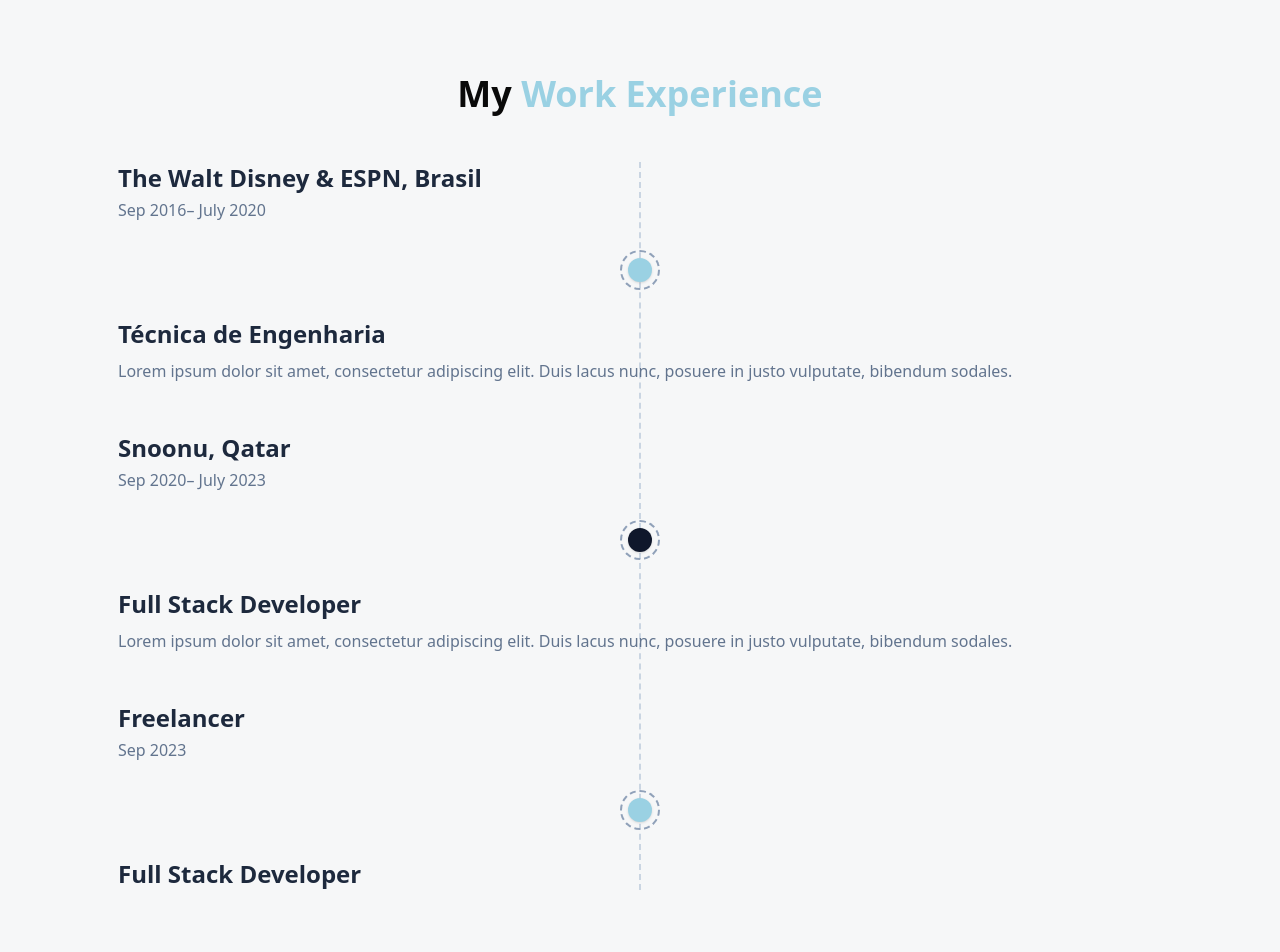
Repository: nina-rebello/portfolio
Page: /
These files come from the project's save history. The page is drawn as it stood at one moment and after the next save; the edit follows.
The browser window is 1280 px wide. The pictures show the part of the page from y = 2111 to 3063 px (the page is 3081 px tall before and 3181 px after).
The project was rebuilt for these pictures with package versions that can differ from the ones it lists, and the page was loaded fresh each time. Some packages were replaced by stand-ins written for this rebuild. The framework's server and built-in components were replaced by stand-ins that run in the browser. Also part of the build but not shown: next.config.ts.

Above is the page before, as saved 2025-09-11 18:44:36.

### app/page.tsx
// app/page.tsx
import Header from "@/components/header/Header";
import AboutMe from "@/components/sections/About";
import Hero from "@/components/sections/Hero";
import Projects from "@/components/sections/Projects";
import Services from "@/components/sections/Services";
import WorkExperience from "@/components/sections/WorkExperience";

export default function HomePage() {
  return (
    <>
      <Header />
      <main>
        <Hero />
        <AboutMe />
        <Services />
        <Projects />
        <WorkExperience />
      </main>
    </>
  );
}

### app/globals.css
@import "tailwindcss";
/* app/(styles)/header.css */
:root{
  --bg:#f6f7f8;           /* fundo clarinho do mock */
  --ink:#0a0a0a;          /* texto principal */
  --muted:#4b5563;        /* texto secundário */
  --pill:#ffffff;         /* fundo do header/cta pill */
  --brand:#9ad1e3;        /* azul do “Nina” e estrelas */
}

html,body{background:var(--bg); color:var(--ink);}

/* helpers */
.container-hero{max-width:1100px; margin-inline:auto; padding-inline:clamp(16px,3vw,28px);}
.glass{
  background:var(--pill);
  border:1px solid rgba(0,0,0,.08);
  box-shadow:0 6px 24px rgba(0,0,0,.08);
}
.btn-pill{
  border-radius:9999px; padding:10px 18px; font-weight:600;
  background:#111; color:#fff; border:1px solid rgba(255,255,255,.1);
  transition:transform .15s ease, box-shadow .15s ease, opacity .2s ease;
}
.btn-pill:hover{ transform:translateY(-1px); box-shadow:0 8px 24px rgba(0,0,0,.18);}
.nav-link{ padding:10px 14px; border-radius:12px; font-weight:600; }
.nav-link:hover{ background:rgba(0,0,0,.04); }

.no-scrollbar::-webkit-scrollbar{ display:none; }
.no-scrollbar{ -ms-overflow-style:none; scrollbar-width:none; }

### components/header/Header.tsx
"use client";

import Link from "next/link";
import { useState, useEffect } from "react";
import { Menu, X } from "lucide-react";

const NAV = [
  { label: "About", href: "#about" },
  { label: "Services", href: "#services" },
  { label: "Projects", href: "#projects" },
  { label: "Contact", href: "#contact" },
];

export default function Header() {
  const [open, setOpen] = useState(false);

  // fecha o menu ao navegar/scroll
  useEffect(() => {
    const close = () => setOpen(false);
    window.addEventListener("scroll", close);
    return () => window.removeEventListener("scroll", close);
  }, []);

  return (
    <header className="sticky top-7 z-50">
      <div className="container-hero">
        <div
          className="glass flex items-center justify-between rounded-[32px] px-4 sm:px-6 py-1.5"
          role="navigation"
          aria-label="Primary"
        >
          {/* logo / nome */}
          <Link href="/" className="font-bold tracking-tight text-xl sm:text-2xl">
            Nina
          </Link>

          {/* desktop nav */}
          <nav className="hidden md:flex items-center gap-1">
            {NAV.map((i) => (
              <a key={i.href} href={i.href} className="nav-link">
                {i.label}
              </a>
            ))}
          </nav>

          {/* CTA */}
          <div className="hidden md:block">
            <a href="#contact" className="btn-pill">Let’s Talk</a>
          </div>

          {/* mobile toggle */}
          <button
            aria-label="Abrir menu"
            className="md:hidden p-2 rounded-xl hover:bg-black/5"
            onClick={() => setOpen((v) => !v)}
          >
            {open ? <X /> : <Menu />}
          </button>
        </div>

        {/* mobile sheet */}
        {open && (
          <div className="md:hidden mt-2 glass rounded-3xl p-3">
            <nav className="grid gap-1">
              {NAV.map((i) => (
                <a
                  key={i.href}
                  href={i.href}
                  className="nav-link"
                  onClick={() => setOpen(false)}
                >
                  {i.label}
                </a>
              ))}
              <a href="#contact" className="btn-pill text-center mt-1">
                Let’s Talk
              </a>
            </nav>
          </div>
        )}
      </div>
    </header>
  );
}

### components/sections/About.tsx
export default function AboutMe() {
  return (
    <section id="about" className="bg-[#111] text-white  py-11 sm:py-15 mt-4 sm:mt-20">
      <div className="container-hero text-center">
        <h2 className="text-3xl sm:text-4xl font-extrabold mb-6">
          About Me
        </h2>
        <p className="max-w-2xl mx-auto text-lg text-gray-300 leading-relaxed">
          I’m a passionate website developer focused on building
          clean, responsive, and user-friendly websites.
          {/* <br /> */}
          With strong attention to detail and a love for design,
          I combine creativity with functionality.
        </p>
      </div>
    </section>
  );
}

### components/sections/Hero.tsx
import { Quote, Star } from "lucide-react";

function HelloBubble() {
  return (
    <div className="inline-flex items-center gap-2">
      <span className="inline-flex items-center justify-center rounded-full border px-4 py-2 text-sm font-semibold">
        Hello!
      </span>
    </div>
  );
}

export default function Hero() {
  return (
    <section className="pt-20 sm:pt-28">
      <div className="container-hero">
        {/* bloco principal */}
        <div className="text-center">
          <div className="mb-6 sm:mb-8">
            <HelloBubble />
          </div>

          <p className="text-4xl sm:text-5xl md:text-6xl font-bold tracking-tight">
            I’m{" "}
            <span style={{ color: "var(--brand)" }}>
              Nina
            </span>
            ,
          </p>
          <h1 className="mt-2 text-4xl sm:text-6xl md:text-7xl font-bold tracking-tight">
            Website Developer
          </h1>
        </div>

        {/* faixa inferior: quote esquerda / rating direita */}
        <div className="mt-16 grid grid-cols-1 md:grid-cols-2 gap-8 items-start">
          {/* quote */}
          <div className="flex gap-3">
            <div className="mt-1">
              <Quote className="text-[var(--brand)]" />
            </div>
            <div>
              <p className="font-semibold">
                Lorem ipsum dolor sit amet, consectetur adipiscing elit
              </p>
              <p className="text-[var(--muted)]">
                sed do eiusmod tempor incididunt ut labore et dolore magna aliqua.
              </p>
            </div>
          </div>

          {/* rating / experiência */}
          <div className="flex md:justify-end">
            <div className="text-right">
              <div className="flex justify-end gap-1 mb-2" aria-label="5 out of 5 stars">
                {Array.from({ length: 5 }).map((_, i) => (
                  <Star key={i} className="text-[var(--brand)]" fill="currentColor" size={22} />
                ))}
              </div>
              <div className="text-3xl sm:text-4xl font-bold">2 Years</div>
              <div className="text-[var(--muted)]">Experience</div>
            </div>
          </div>
        </div>
      </div>
    </section>
  );
}

### components/sections/Services.tsx
import Image from "next/image";

const services = [
  {
    icon: "/icons/icons8-source-code-96.png",
    title: "Software Development",
    desc: "Custom applications built to solve real problems.",
  },
  {
    icon: "/icons/icons8-internet-100.png",
    title: "Web Development",
    desc: "Modern, scalable and optimized websites.",
  },
  {
    icon: "/icons/icons8-web-100.png",
    title: "Web Design",
    desc: "In partnership with Luana Rebello, focused on elegant UI.",
  },
];

export default function Services() {
  return (
    <section id="services" className="relative overflow-hidden">
      {/* === gradientes de fundo === */}
      <div className="absolute inset-0 z-0 pointer-events-none select-none">
        <Image
          src="/gradients/light-leak-blur-transparent-free-png.png"
          alt=""
          width={1400}
          height={1000}
          className="absolute -top-10 left-200 w-[1000px] opacity-80"
          priority
        />
        <Image
          src="/gradients/blur-gradient.png"
          alt=""
          width={760}
          height={760}
          className="absolute top-44 right-230 w-[860px] opacity-70"
        />
      </div>

      {/* === faixa branca por cima dos gradientes === */}
      <div className="relative z-10 bg-white pt-20 pb-18 text-center">
        <div className="container-hero">
          <h2 className="text-3xl sm:text-4xl font-extrabold mb-6">Services</h2>
          <p className="max-w-3xl mx-auto text-gray-700">
            Lorem ipsum dolor sit amet consectetur. Mollis erat duis aliquam
            mauris est risus lectus. Phasellus consequat urna tellus
          </p>
        </div>
        {/* fade branco para transição suave */}
        <div className="absolute bottom-0 left-0 right-0 h-12 bg-gradient-to-b from-white to-transparent" />
      </div>

      {/* === grid de cards === */}
    <div className="relative z-10 container-hero py-16">
      <div className="grid gap-8 sm:grid-cols-2 lg:grid-cols-3">
        {services.map((s) => (
          <div
            key={s.title}
            className="rounded-2xl p-8 backdrop-blur-md bg-white/40
                      border border-black/10 shadow-[0_8px_24px_rgba(0,0,0,0.08)]
                      transition hover:shadow-[0_12px_32px_rgba(0,0,0,0.12)]"
          >
            <div className="flex flex-col items-start text-left">
              <Image
                src={s.icon}
                alt={s.title}
                width={50}
                height={50}
                className="mb-4 opacity-90"
              />
              <h3 className="font-semibold text-2xl mb-3">{s.title}</h3>
              <p className="text-gray-600 text-sm leading-relaxed">{s.desc}</p>
              {s.title === "Web Design" && (
                <p className="mt-4 text-xs text-gray-500">
                  Em parceria com Luana Rebello
                </p>
              )}
            </div>
          </div>
        ))}
      </div>
    </div>
    </section>
  );
}

### components/sections/WorkExperience.tsx
"use client";

import React, { useEffect, useRef, useState } from "react";

type Item = {
  company: string;
  period: string;
  role: string;
  description?: string;
};

const ITEMS: Item[] = [
  {
    company: "The Walt Disney & ESPN, Brasil",
    period: "Sep 2016– July 2020",
    role: "Técnica de Engenharia",
    description:
      "Lorem ipsum dolor sit amet, consectetur adipiscing elit. Duis lacus nunc, posuere in justo vulputate, bibendum sodales.",
  },
  {
    company: "Snoonu, Qatar",
    period: "Sep 2020– July 2023",
    role: "Full Stack Developer",
    description:
      "Lorem ipsum dolor sit amet, consectetur adipiscing elit. Duis lacus nunc, posuere in justo vulputate, bibendum sodales.",
  },
  {
    company: "Freelancer",
    period: "Sep 2023",
    role: "Full Stack Developer",
  },
];

export default function WorkExperience() {
  const sectionRef = useRef<HTMLElement | null>(null);
  const [lineOn, setLineOn] = useState(false);
  const [seen, setSeen] = useState<boolean[]>(Array(ITEMS.length).fill(false));
  const rowsRef = useRef<Array<HTMLDivElement | null>>([]);

  useEffect(() => {
    // anima a LINHA única ao entrar
    const ioLine = new IntersectionObserver(
      ([entry]) => setLineOn(entry.isIntersecting),
      { threshold: 0.3 }
    );
    if (sectionRef.current) ioLine.observe(sectionRef.current);
    return () => ioLine.disconnect();
  }, []);

  useEffect(() => {
    // anima cada linha (textos + ponto) com stagger
    const io = new IntersectionObserver(
      (entries) => {
        entries.forEach((entry) => {
          const index = Number((entry.target as HTMLElement).dataset.index);
          if (entry.isIntersecting) {
            setSeen((prev) => {
              if (prev[index]) return prev;
              const next = [...prev];
              next[index] = true;
              return next;
            });
          }
        });
      },
      { threshold: 0.45 }
    );
    rowsRef.current.forEach((el) => el && io.observe(el));
    return () => io.disconnect();
  }, []);

  return (
    <section ref={sectionRef} id="experience" className="relative overflow-hidden py-20">
      <div className="container-hero">
        <h2 className="text-center text-3xl sm:text-4xl font-extrabold">
          My <span className="text-[var(--brand)]">Work Experience</span>
        </h2>

        {/* wrapper com LINHA ÚNICA ao centro */}
        <div className="relative mt-12">
          {/* linha vertical única (tracejada) que atravessa tudo */}
          <div
            className={`pointer-events-none absolute left-1/2 -translate-x-1/2 top-0 bottom-0
                        w-0.5 border-l-2 border-dashed border-slate-300 origin-top
                        transition-transform duration-[1200ms] ease-[cubic-bezier(0.22,1,0.36,1)]
                        ${lineOn ? "scale-y-100" : "scale-y-0"}`}
            aria-hidden
          />

          {/* linhas/itens */}
          <div className="space-y-12">
            {ITEMS.map((it, idx) => {
              const active = seen[idx];
              return (
                <div
                  key={it.company + idx}
                  ref={(el) => { rowsRef.current[idx] = el; }}
                  data-index={idx}
                  className="grid grid-cols-[1fr,64px,1fr] items-start gap-6"
                >
                  {/* esquerda */}
                  <div
                    className={`transition-all duration-700 ${
                      active ? "opacity-100 translate-x-0" : "opacity-0 -translate-x-6"
                    }`}
                    style={{ transitionDelay: `${idx * 120}ms` }}
                  >
                    <h3 className="text-xl sm:text-2xl font-extrabold text-slate-800">
                      {it.company}
                    </h3>
                    <p className="mt-1 text-slate-500">{it.period}</p>
                  </div>

                  {/* ponto central */}
                  <div className="relative flex items-center justify-center h-12">
                    <span
                      className={`relative inline-flex h-10 w-10 items-center justify-center
                                  transition-transform duration-500 ${
                                    active ? "scale-100" : "scale-75"
                                  }`}
                      style={{ transitionDelay: `${220 + idx * 120}ms` }}
                    >
                      {/* aro tracejado externo */}
                      <span className="absolute inset-0 rounded-full border-2 border-dashed border-slate-400" />
                      {/* pulso */}
                      <span
                        className={`absolute inset-0 rounded-full ${active ? "animate-[pulseRing_1.6s_ease-out_1]" : ""}`}
                        style={{ animationDelay: `${260 + idx * 120}ms` }}
                      />
                      {/* círculo preenchido (meio escuro como no mock) */}
                      <span
                        className={`inline-block h-6 w-6 rounded-full shadow
                                    ${idx === 1 ? "bg-slate-900" : "bg-[var(--brand)]"}`}
                      />
                    </span>
                  </div>

                  {/* direita */}
                  <div
                    className={`transition-all duration-700 ${
                      active ? "opacity-100 translate-x-0" : "opacity-0 translate-x-6"
                    }`}
                    style={{ transitionDelay: `${180 + idx * 120}ms` }}
                  >
                    <h3 className="text-xl sm:text-2xl font-extrabold text-slate-800">
                      {it.role}
                    </h3>
                    {it.description && (
                      <p className="mt-2 text-slate-500 leading-relaxed">{it.description}</p>
                    )}
                  </div>
                </div>
              );
            })}
          </div>
        </div>
      </div>

      {/* estilos das animações */}
      <style jsx>{`
        @keyframes pulseRing {
          0% {
            box-shadow: 0 0 0 0 rgba(154, 209, 227, 0.55);
          }
          70% {
            box-shadow: 0 0 0 14px rgba(154, 209, 227, 0);
          }
          100% {
            box-shadow: 0 0 0 0 rgba(154, 209, 227, 0);
          }
        }

        /* responsivo: empilha em telas pequenas */
        @media (max-width: 640px) {
          :global(#experience .grid) {
            grid-template-columns: 1fr;
          }
          :global(#experience .grid > div:nth-child(2)) {
            order: 3;
            height: 48px;
          }
        }
      `}</style>
    </section>
  );
}

Loaded but not shown: app/layout.tsx (common file); components/sections/Projects.tsx (277 lines, source omitted)

After the next save:
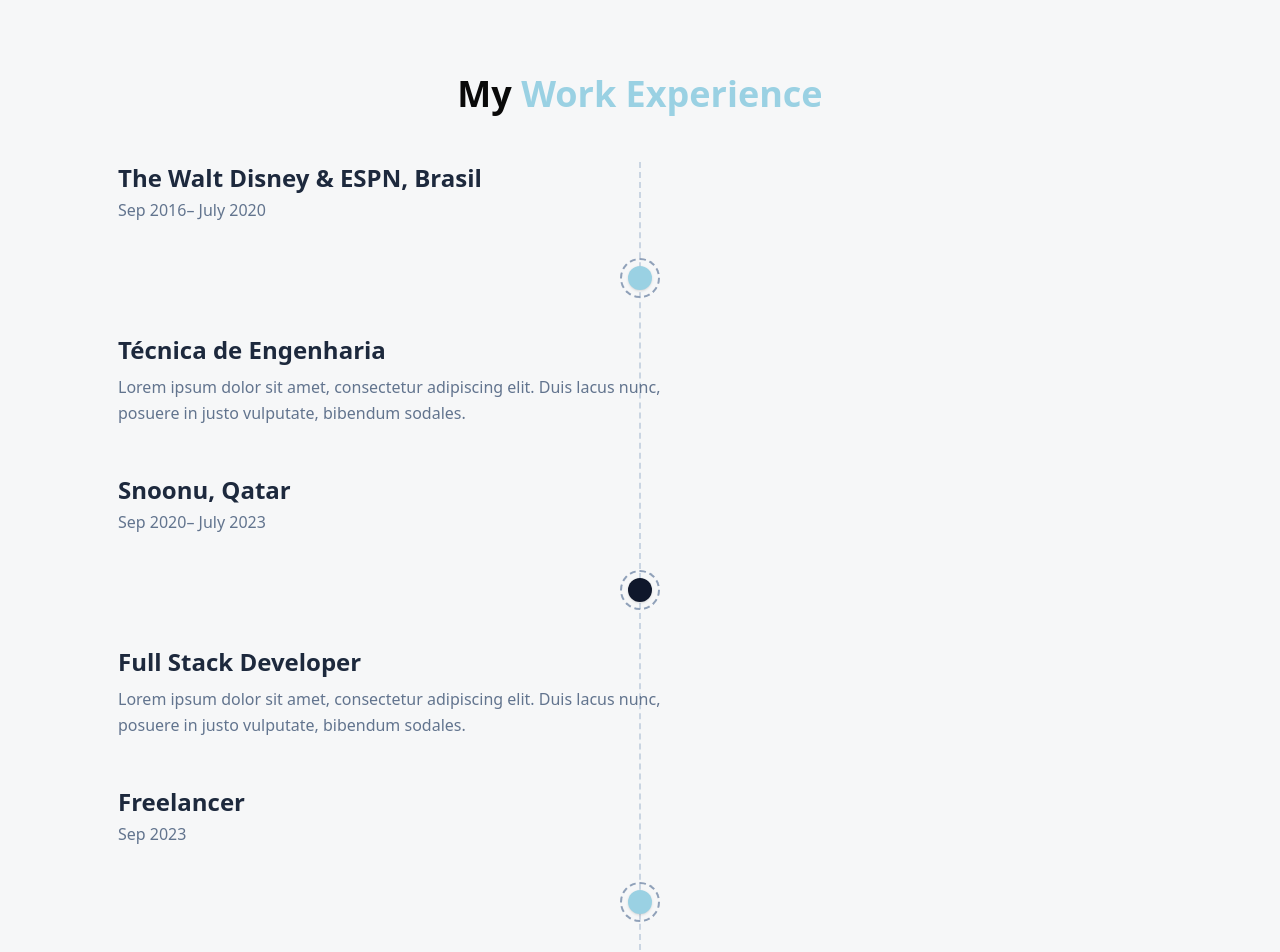
Saved 3 min 25 s later.
--- a/components/sections/WorkExperience.tsx
+++ b/components/sections/WorkExperience.tsx
@@ -87,72 +87,75 @@ export default function WorkExperience() {
             aria-hidden
           />
 
-          {/* linhas/itens */}
-          <div className="space-y-12">
-            {ITEMS.map((it, idx) => {
-              const active = seen[idx];
-              return (
-                <div
-                  key={it.company + idx}
-                  ref={(el) => { rowsRef.current[idx] = el; }}
-                  data-index={idx}
-                  className="grid grid-cols-[1fr,64px,1fr] items-start gap-6"
-                >
-                  {/* esquerda */}
-                  <div
-                    className={`transition-all duration-700 ${
-                      active ? "opacity-100 translate-x-0" : "opacity-0 -translate-x-6"
-                    }`}
-                    style={{ transitionDelay: `${idx * 120}ms` }}
-                  >
-                    <h3 className="text-xl sm:text-2xl font-extrabold text-slate-800">
-                      {it.company}
-                    </h3>
-                    <p className="mt-1 text-slate-500">{it.period}</p>
-                  </div>
+          {/* LINHAS / ITENS */}
+<div className="space-y-12">
+  {ITEMS.map((it, idx) => {
+    const active = seen[idx];
+    return (
+      <div
+        key={it.company + idx}
+        ref={(el) => (rowsRef.current[idx] = el)}
+        data-index={idx}
+        // 3 colunas fixas: esquerda | centro | direita
+        className="grid grid-cols-[minmax(0,1fr),64px,minmax(0,1fr)] items-start gap-8"
+      >
+        {/* ESQUERDA: Empresa + período */}
+        <div
+          className={`transition-all duration-700 ${
+            active ? "opacity-100 translate-x-0" : "opacity-0 -translate-x-6"
+          }`}
+          style={{ transitionDelay: `${idx * 120}ms` }}
+        >
+          <h3 className="text-2xl font-extrabold text-slate-800">
+            {it.company}
+          </h3>
+          <p className="mt-1 text-slate-500">{it.period}</p>
+        </div>
 
-                  {/* ponto central */}
-                  <div className="relative flex items-center justify-center h-12">
-                    <span
-                      className={`relative inline-flex h-10 w-10 items-center justify-center
-                                  transition-transform duration-500 ${
-                                    active ? "scale-100" : "scale-75"
-                                  }`}
-                      style={{ transitionDelay: `${220 + idx * 120}ms` }}
-                    >
-                      {/* aro tracejado externo */}
-                      <span className="absolute inset-0 rounded-full border-2 border-dashed border-slate-400" />
-                      {/* pulso */}
-                      <span
-                        className={`absolute inset-0 rounded-full ${active ? "animate-[pulseRing_1.6s_ease-out_1]" : ""}`}
-                        style={{ animationDelay: `${260 + idx * 120}ms` }}
-                      />
-                      {/* círculo preenchido (meio escuro como no mock) */}
-                      <span
-                        className={`inline-block h-6 w-6 rounded-full shadow
-                                    ${idx === 1 ? "bg-slate-900" : "bg-[var(--brand)]"}`}
-                      />
-                    </span>
-                  </div>
+        {/* CENTRO: ponto (a linha vertical única já está absoluta no wrapper) */}
+        <div className="relative flex items-center justify-center h-12">
+          <span
+            className={`relative inline-flex h-10 w-10 items-center justify-center
+                        transition-transform duration-500 ${
+                          active ? "scale-100" : "scale-75"
+                        }`}
+            style={{ transitionDelay: `${220 + idx * 120}ms` }}
+          >
+            <span className="absolute inset-0 rounded-full border-2 border-dashed border-slate-400" />
+            <span
+              className={`absolute inset-0 rounded-full ${
+                active ? "animate-[pulseRing_1.6s_ease-out_1]" : ""
+              }`}
+              style={{ animationDelay: `${260 + idx * 120}ms` }}
+            />
+            <span
+              className={`inline-block h-6 w-6 rounded-full shadow
+                          ${idx === 1 ? "bg-slate-900" : "bg-[var(--brand)]"}`}
+            />
+          </span>
+        </div>
 
-                  {/* direita */}
-                  <div
-                    className={`transition-all duration-700 ${
-                      active ? "opacity-100 translate-x-0" : "opacity-0 translate-x-6"
-                    }`}
-                    style={{ transitionDelay: `${180 + idx * 120}ms` }}
-                  >
-                    <h3 className="text-xl sm:text-2xl font-extrabold text-slate-800">
-                      {it.role}
-                    </h3>
-                    {it.description && (
-                      <p className="mt-2 text-slate-500 leading-relaxed">{it.description}</p>
-                    )}
-                  </div>
-                </div>
-              );
-            })}
-          </div>
+        {/* DIREITA: Cargo + descrição (lado a lado do nome da empresa) */}
+        <div
+          className={`transition-all duration-700 ${
+            active ? "opacity-100 translate-x-0" : "opacity-0 translate-x-6"
+          }`}
+          style={{ transitionDelay: `${180 + idx * 120}ms` }}
+        >
+          <h3 className="text-2xl font-extrabold text-slate-800">
+            {it.role}
+          </h3>
+          {it.description && (
+            <p className="mt-2 text-slate-500 leading-relaxed max-w-[560px]">
+              {it.description}
+            </p>
+          )}
+        </div>
+      </div>
+    );
+  })}
+</div>
+
         </div>
       </div>
 
